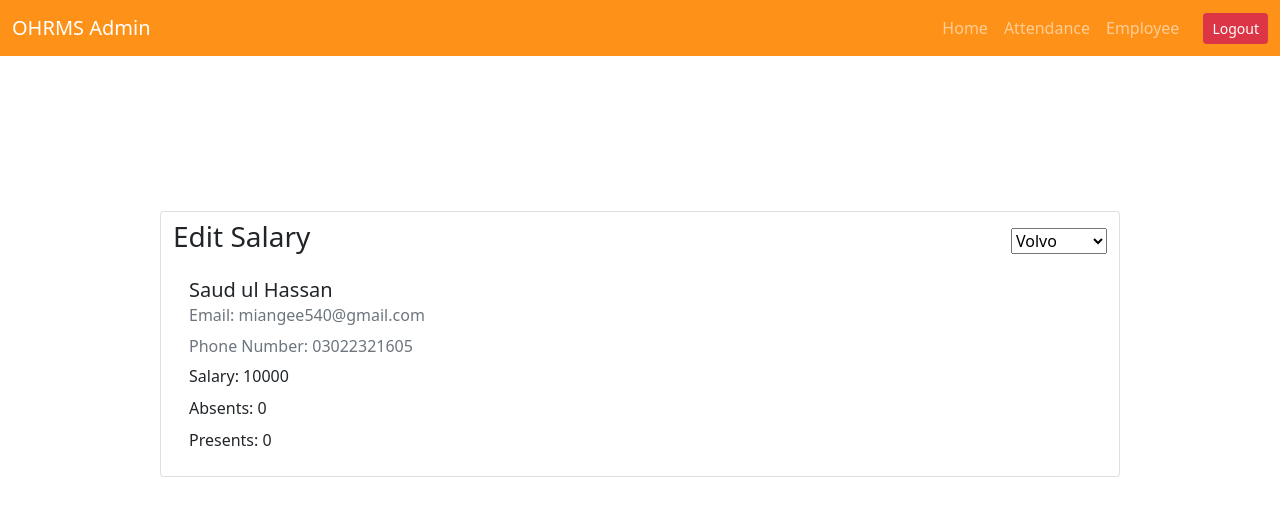
Repository: SaudCh/PHP-OHRMS
Page: http://localhost/admin/edit-salary?id=49
These files come from the project's save history. The page is drawn as it stood at one moment and after the next save; the edit follows.
The browser window is 1280 px wide. The pictures show the whole page.
Some web libraries are served in a nearby version. The page is run by PHP 8.4 with error messages shown; the project is at /var/www/html/. The session is filled in as if someone had signed in: {"admin": "admin@ohrm.com"}. The database holds what the project's SQL file puts in it. Queries for data that is not in the repository find no rows.

Above is the page before, as saved 2022-06-05 22:42:44.

After the next save:
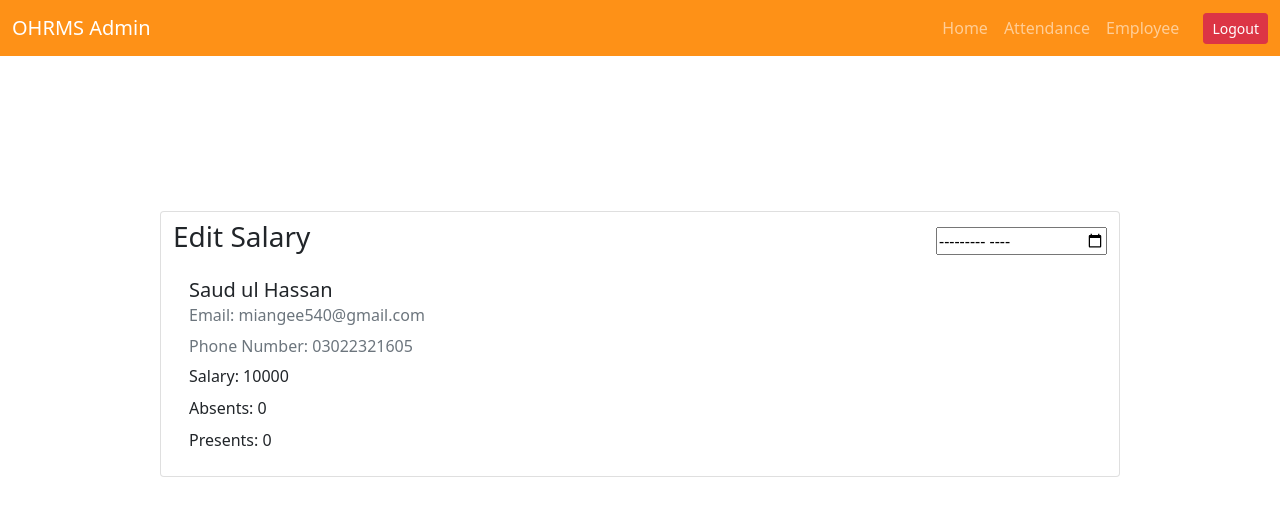
Saved 34 s later.
--- a/admin/edit-salary.php
+++ b/admin/edit-salary.php
@@ -19,12 +19,8 @@
                 <div class="d-flex align-items-center justify-content-between mt-2">
                     <h3>Edit Salary</h3>
                     <div>
-                        <select name="month" id="month">
-                            <option value="volvo">Volvo</option>
-                            <option value="saab">Saab</option>
-                            <option value="mercedes">Mercedes</option>
-                            <option value="audi">Audi</option>
-                        </select>
+                        <input type="month" id="bdaymonth" name="bdaymonth">
+
                     </div>
                 </div>
                 <?php
